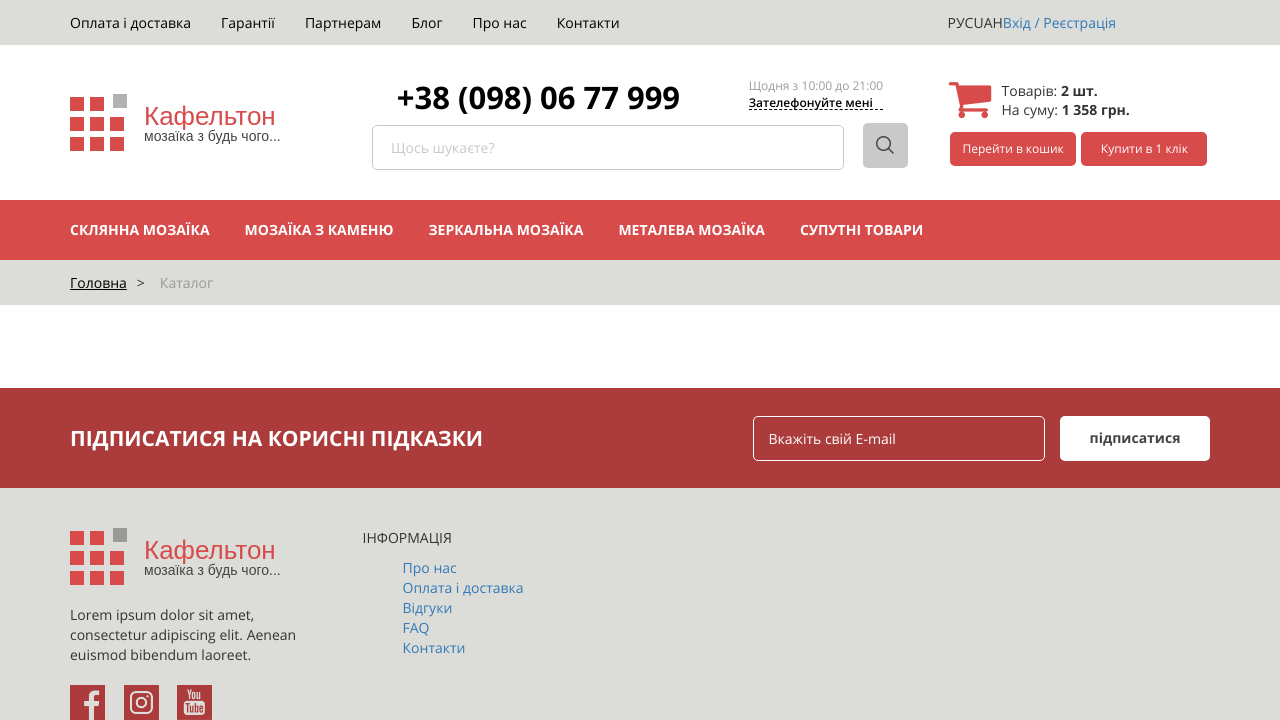
Repository: zellenka/mozaika
Page: app/index.html
These files come from the project's save history. The page is drawn as it stood at one moment and after the next save; the edit follows.
The browser window is 1280 px wide. The pictures show the whole page.
Some web fonts or font styles are not loaded; a fallback is used. The style sheet was rebuilt from its Sass, Less or Tailwind sources for each picture, by a compiler version that may differ from the author's.

Above is the page before, as saved 2018-07-13 16:21:13.
Console error (its wording comes from the project's code and is left out).

### app/index.html
<!DOCTYPE html>
<html lang="en">
<head>
	<meta charset="UTF-8">
	<meta name="viewport" content="width=device-width, initial-scale=1.0">
	<title>Mozaika</title>
	<link rel="stylesheet" href="https://maxcdn.bootstrapcdn.com/bootstrap/3.3.7/css/bootstrap.min.css" integrity="sha384-BVYiiSIFeK1dGmJRAkycuHAHRg32OmUcww7on3RYdg4Va+PmSTsz/K68vbdEjh4u" crossorigin="anonymous">
	<link rel="stylesheet" href="/libs/normalize.css">
	<link rel="stylesheet" href="/css/libs.min.css">
	<link rel="stylesheet" href="/css/main.css">
</head>
<body>
	<header class="header">
		<div class="header__top">
			<div class="container">
				<div class="row">
					<div class="col-md-9">
						<ul class="header__top-nav">
							<li class="header__top-nav-item"><a href="/">Оплата і доставка</a></li>
							<li class="header__top-nav-item"><a href="/">Гарантії</a></li>
							<li class="header__top-nav-item"><a href="/">Партнерам</a></li>
							<li class="header__top-nav-item"><a href="/">Блог</a></li>
							<li class="header__top-nav-item"><a href="/">Про нас</a></li>
							<li class="header__top-nav-item"><a href="/">Контакти</a></li>
						</ul>
					</div>
					<div class="col-md-3">
						<ul class="header__top-enter-menu">
							<li>РУС</li>
							<li>UAH</li>
							<li><a href="/">Вхід / Реєстрація</a></li>
						</ul>
					</div>
				</div>
			</div>
		</div>
		<div class="header__middle">
			<div class="container">
				<div class="row header__middle-row">
					<a href="" class="col-md-3 header__middle-logo">
						<img src="/img/logo.png" alt="" class="header__middle-logo-img">
						<div>
								<p class="header__middle-logo-text">Кафельтон</p>
								<p class="header__middle-logo-slogan">мозаїка з будь чого...</p>
						</div>
					</a>
					<div class="col-md-6 header__middle-search">
						<div class="header__middle-search_block">
								<a href="tel:+380980677999" class="header__middle-search-phone">+38 (098) 06 77 999</a>
								<div class="header__middle-search-block">
									<p class="header__middle-search-time">Щодня з 10:00 до 21:00</p>
									<p class="header__middle-search-modal">Зателефонуйте мені</p>
								</div>
						</div>
						<div class="header__middle-search_block">
							<input type="text" class="header__middle-search_block-input" placeholder="Щось шукаєте?">
							<button type="button" class="header__middle-search_block-button"><img src="/img/icon.png" alt=""></button>
						</div>

					</div>
					<div class="col-md-3 header__middle-basket">
						<div class="header__middle-basket-top">
							<img src="/img/cart.png" alt="">
							<div class="header__middle-basket-info">
									<p>Товарів: <span class="header__middle-basket-info_bold">2</span> <span class="header__middle-basket-info_bold">шт.</span></p>
									<p>На суму: <span class="header__middle-basket-info_bold">1 358</span> <span class="header__middle-basket-info_bold">грн.</span></p>
							</div>
						</div>
						<div class="header__middle-basket-bottom">
							<a class="header__middle-basket-bottom-button header___red-button">Перейти в кошик</a>
							<a class="header__middle-basket-bottom-button header___red-button">Купити в 1 клік</a>
						</div>
					</div>
				</div>
			</div>
		</div>
		<div class="menu-block">
			<div class="container">
				<div class="row">
					<div class="col-md-12">
							<ul class="menu-block">
									<li class="menu-block__item">
										<a href="">СКЛЯНнА МОЗАЇКА</a>
									</li>
									<li class="menu-block__item"><a href="">МОЗАЇКА з каменю</a></li>
									<li class="menu-block__item"><a href="">зеркальна МОЗАЇКА </a></li>
									<li class="menu-block__item"><a href="">металева МОЗАЇКА</a></li>
									<li class="menu-block__item"><a href="">СУПУТНІ ТОВАРИ</a></li>
								</ul>
					</div>
				</div>
			</div>
		</div>
		<div class="breadcrumbs-block">
			<div class="container">
				<div class="row">
					<div class="col-lg-12">
							<ul class="breadcrumbs-block__list">
									<li class="breadcrumbs-block__item breadcrumbs-block__item_not-active"><a href="">Головна</a></li>
									<li class="breadcrumbs-block__item breadcrumbs-block__item_active"><a href="">Каталог</a></li>
								</ul>
					</div>
				</div>
			</div>
		</div>
	</header>
	<div class="main">

	</div>
	<footer class="footer">
		<div class="subscribe-block">
			<div class="container">
				<div class="row subscribe-block-row">
					<div class="col-md-5">
						<p class="subscribe-block__text">ПІДПИСАТИСЯ НА КОРИСНІ ПІДКАЗКИ</p>
					</div>
					<div class="col-md-5 col-md-offset-2">
						<form action="" class="subscribe-block__form">
							<input type="email" placeholder="Вкажіть свій E-mail" class="subscribe-block__input">
							<button type="submit" class="subscribe-block__button">підписатися</button>
						</form>
					</div>
				</div>
			</div>
		</div>
		<div class="footer-block container">
			<div class="row">
				<div class="col-md-3 footer-block__social">
						<a href="" class="header__middle-logo">
								<img src="/img/logo.png" alt="" class="header__middle-logo-img">
								<div>
										<p class="header__middle-logo-text">Кафельтон</p>
										<p class="header__middle-logo-slogan">мозаїка з будь чого...</p>
								</div>
						</a>
						<p class="footer-block__social-text">Lorem ipsum dolor sit amet,
								consectetur adipiscing elit. Aenean
								euismod bibendum laoreet.</p>

								<div class="footer-block__social-icons">
									<a href=""><img src="/img/facebook.png" alt=""></a>
									<a href=""><img src="/img/instagram.png" alt=""></a>
									<a href=""><img src="/img/youtube.png" alt=""></a>
								</div>
				</div>
				<div class="col-md-3 footer-block__information">
					<p class="footer-block__information-text">ІНФОРМАЦІЯ</p>
					<ul class="footer-block__information-menu">
						<li><a href="/">Про нас</a></li>
						<li><a href="/">Оплата і доставка</a></li>
						<li><a href="/">Відгуки</a></li>
						<li><a href="/">FAQ</a></li>
						<li><a href="/">Контакти</a></li>
					</ul>
				</div>
				<div class="col-md-3"></div>





				<div class="col-md-3"></div>
			</div>
		</div>
	</footer>





	<script src="https://maxcdn.bootstrapcdn.com/bootstrap/3.3.7/js/bootstrap.min.js" integrity="sha384-Tc5IQib027qvyjSMfHjOMaLkfuWVxZxUPnCJA7l2mCWNIpG9mGCD8wGNIcPD7Txa" crossorigin="anonymous"></script>
	<script src="js/libs.min.js"></script>
	<script src="js/common.js"></script>

</body>
</html>

### app/sass/libs.sass
@import "app/libs/magnific-popup/dist/magnific-popup.css" // Импортируем библиотеку Magnific Popup. Теперь обязательно указывается расширение .css
@import "app/libs/normalize.css"

### app/sass/main.sass
@font-face
  font-family: 'Raleway-ExtraBold'
  src: url('/fonts/11843.woff')

@font-face
  font-family: 'Raleway-Regular'
  src: url('/fonts/11851.woff')

@font-face
  font-family: 'Open-Sans-Bold'
  src: url('/fonts/2204.ttf')

@font-face
  font-family: 'Open-Sans-Semibold'
  src: url('/fonts/2212.ttf')

@font-face
  font-family: 'Open-Sans'
  src: url('/fonts/2211.ttf')

$main: #d74b4b

html
    min-height: 100%
    height: 100%

body
    font-family: Open-Sans
    min-height: 100%
    position: relative

.main
    min-height: 100%

ul
    list-style: none

.header__top
    width: 100%
    background: #dcddd8
    height: 45px

.header__top-nav, .header__top-enter-menu
    display: flex
    width: 100%
    height: 45px
    align-items: center
    padding: 0
    margin: 0
    line-height: 1

.header__top-nav-item
    margin-right: 30px
    a
        color: black

.header__middle
    padding: 30px 0
    background: #fff

.header__middle-row
    display: flex
    align-items: center

.header__middle-logo
    display: flex
    align-items: center
    &:hover
        text-decoration: none

.header__middle-logo-img
    width: 57px
    height: 57px
    margin-right: 17px

.header__middle-logo-text
    font-family: Raleway-ExtraBold, sans-serif
    font-size: 26px
    color: $main
    line-height: 1
    margin: 0

.header__middle-logo-slogan
    line-height: 1
    font-family: Raleway-Regular, sans-serif
    font-size: 14px
    color: #444444
    margin: 0

.header__middle-search_block
    display: flex
    width: 100%
    justify-content: space-around
    align-items: center

.header__middle-search-phone
    font-family: Open-Sans-Bold
    font-size: 31px
    color: #000
    &:hover

.header__middle-search-block
    line-height: 1

.header__middle-search-time
    color: #9d9d9d
    font-size: 12px
    font-family: Open-Sans
    margin: 5px 0

.header__middle-search-modal
    font-family: Open-Sans-Semibold
    color: black
    font-size: 12px
    border-bottom: 1px dashed black
    &:hover
        cursor: pointer

.header__middle-search_block-input
    width: 85%
    border-radius: 5px
    border: 1px solid #c9c9c9
    height: 45px
    padding-left: 18px
    margin-top: 5px
    &::placeholder
        color: #c9c9c9

.header__middle-search_block-button
    width: 45px
    height: 45px
    display: flex
    justify-content: center
    align-items: center
    border-radius: 5px
    background: #c9c9c9
    border: none
    padding: 0
    margin: 0

.header__middle-basket-top
    display: flex
    width: 100%
    align-items: center

.header__middle-basket-info
    line-height: 1
    font-family: Open-Sans
    p
        margin: 0

.header__middle-basket-info_bold
    font-family: Open-Sans-Bold

.header__middle-basket-bottom
    display: flex
    justify-content: space-around

.header__middle-basket-bottom-button
    font-size: 12px
    width: 48%

.header___red-button
    color: #fff
    background: rgb(215, 75, 75)
    border-radius: 5px
    height: 34px
    display: flex
    justify-content: center
    text-align: center
    align-items: center
    line-height: 1
    padding: 0 5px

.header__middle-basket-top
    margin-bottom: 10px

.header__middle-basket-info
    margin-left: 10px
    p
        margin: 5px 0

.menu-block
    background: $main
    width: 100%

.menu-block
    height: 60px
    display: flex
    width: 100%
    align-items: center
    margin: 0
    padding: 0

.menu-block__item
    margin-right: 35px
    a
        color: #fff
        font-family: Open-Sans-Bold
        font-size: 14px
        text-transform: uppercase

.breadcrumbs-block
    width: 100%
    background: #dcddd8

.breadcrumbs-block__list
    display: flex
    width: 100%
    padding: 0
    margin: 0
    height: 45px
    align-items: center
    justify-content: flex-start

.breadcrumbs-block__item_not-active
    margin-right: 15px
    a
        color: #000
        text-decoration: underline
    &::after
        content: "> "
        margin-left: 10px

.breadcrumbs-block__item_active
    a
        color: #999999
        &:hover
            cursor: default
            pointer-events: none
            cursor: default
            text-decoration: none

.footer
    position: absolute
    bottom: 0
    right: 0
    left: 0
    background: #dcddd8

.subscribe-block
    width: 100%
    background: #ac3c3c

.subscribe-block-row
    height: 100px
    display: flex
    align-items: center

.subscribe-block__text
    margin: 0
    text-align: left
    color: #fff
    font-family: Open-Sans-Bold
    font-size: 21px

.subscribe-block__form
    display: flex
    width: 100%
    justify-content: space-between

.subscribe-block__input
    width: 80%
    border: 1px solid #fff
    border-radius: 5px
    background: #ac3c3c
    color: #fff
    height: 45px
    padding-left: 15px
    margin-right: 15px
    &::placeholder
        color: #fff

.subscribe-block__button
    border-radius: 5px
    background: #fff
    color: #444444
    font-family: Open-Sans-Bold
    font-size: 14px
    border: none
    min-width: 150px
    height: 45px

.footer-block
    padding-top: 40px

.footer-block__social

.footer-block__social-text
    font-size: 14px
    margin: 20px 0

.footer-block__social-icons
    img
        width: 35px
        height: 35px
        margin-right: 15px

Loaded but not shown: app/libs/normalize.css (library); app/js/libs.min.js (library); app/js/common.js (common file); app/libs/magnific-popup/dist/magnific-popup.css (library)

After the next save:
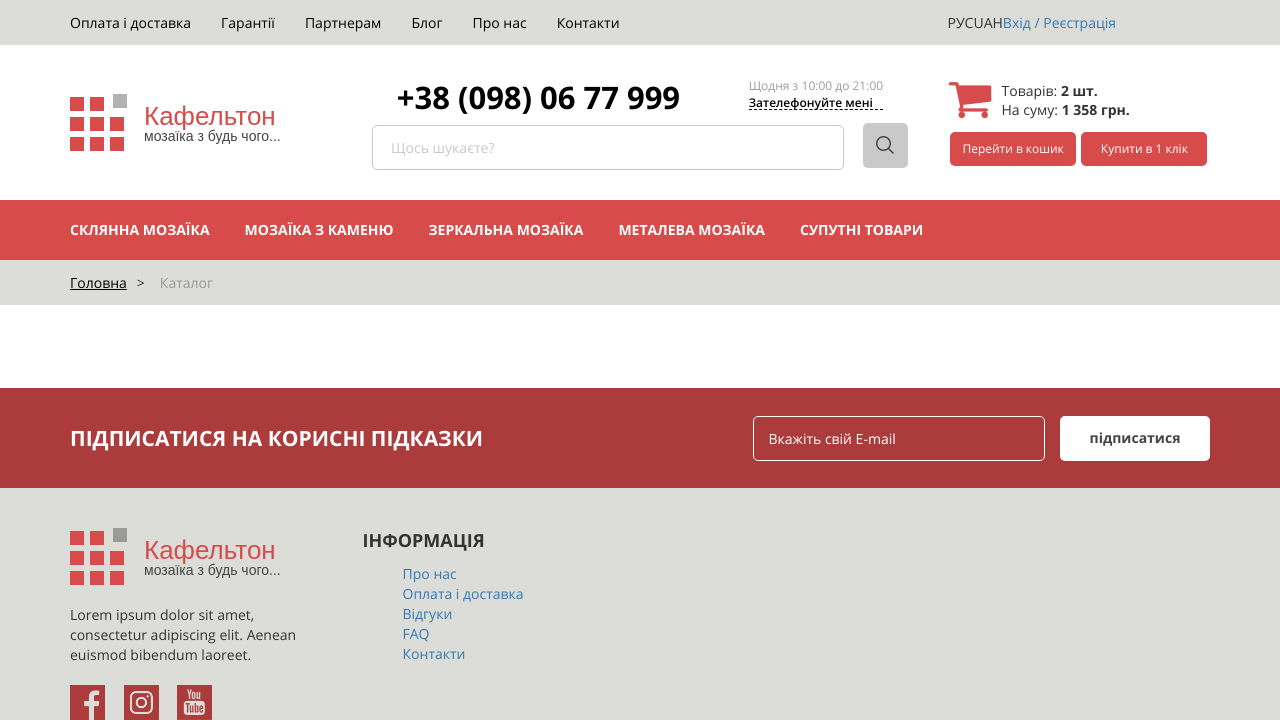
Saved 55 s later.
--- a/app/sass/main.sass
+++ b/app/sass/main.sass
@@ -295,3 +295,8 @@ ul
         width: 35px
         height: 35px
         margin-right: 15px
+
+.footer-block__information-text
+    font-size: 18px
+    font-family: Open-Sans-Bold
+    text-align: left
